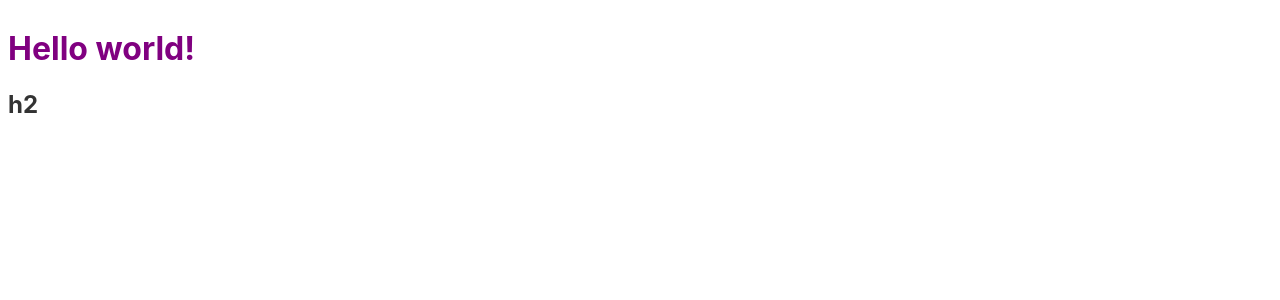
Repository: cgaof/local-music
Page: /
The author's editor kept a copy of each file at every save. The page is drawn from the files as they stood at one save, then again after a run of saves.
The browser window is 1280 px wide. The pictures show the whole page.
The project was rebuilt for these pictures with package versions that can differ from the ones it lists, and the page was loaded fresh each time. Also part of the build but not shown: webpack.config.js.

Above is the page before, as saved 2020-07-23 09:40:43.

After the next 2 saves:
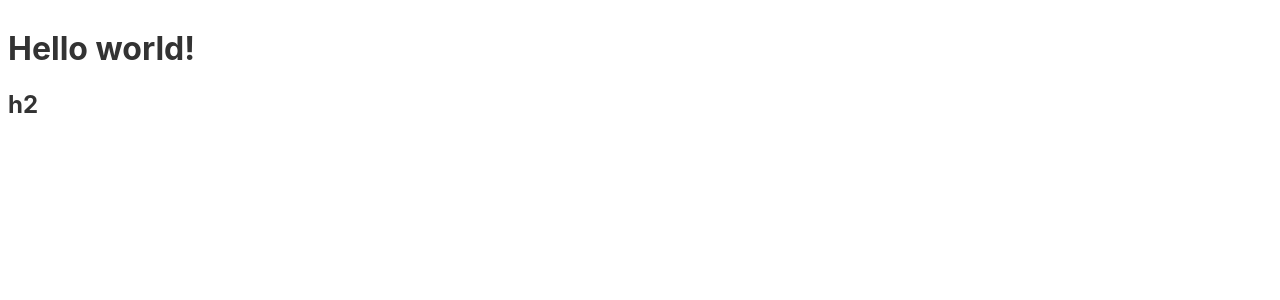
The 2 saves are shown as one change because they came seconds apart.
The last was saved 109 s later.
--- a/src/App.svelte
+++ b/src/App.svelte
@@ -3,9 +3,21 @@
 </script>
 
 <style>
-	h1 {
-		color: purple;
-	}
+	.body {
+    display: grid;
+    grid-template-columns: repeat(4, 25%);
+    grid-template-rows: repeat(1, 40px);
+    justify-items: center;
+    align-items: center;
+    overflow: hidden;
+    word-wrap: break-word;
+  }
+  h2 {
+    width: 100%;
+    white-space: nowrap;
+    overflow: hidden;
+    text-overflow: ellipsis;
+  }
 </style>
 
 <h1>Hello {name}!</h1>
